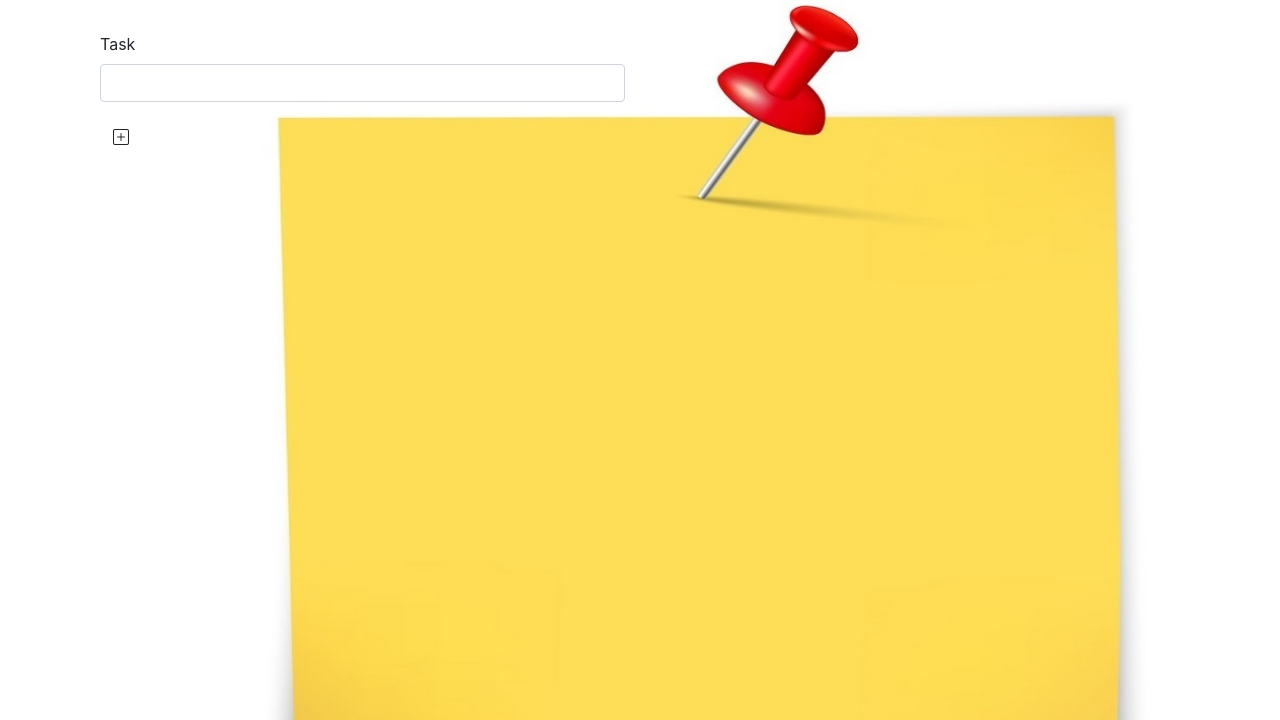
Repository: walaaElbasha/Todo-list-laravel
Page: http://localhost/tasks
The author's editor kept a copy of each file at every save. The page is drawn from the files as they stood at one save, then again after the next save.
The browser window is 1280 px wide. The pictures show the whole page.
The page is served by the project's Laravel application, run on PHP 8.4 with Laravel 8. Other server files are loaded and not shown. Style sheets and scripts are compiled from the project's sources, by tool versions that may differ from the author's. Queries for data that is not in the repository find no rows.

Above is the page before, as saved 2021-07-01 13:45:11.

### routes/web.php
<?php

use Illuminate\Support\Facades\Route;
use App\Http\Controllers\TaskController;
/*
|--------------------------------------------------------------------------
| Web Routes
|--------------------------------------------------------------------------
|
| Here is where you can register web routes for your application. These
| routes are loaded by the RouteServiceProvider within a group which
| contains the "web" middleware group. Now create something great!
|
*/

Route::get('/', function () {
    return view('welcome');
});

Route::get('/tasks', [TaskController::class, 'index'])->name('tasks.index');
Route::post('/tasks', [TaskController::class, 'store'])->name('tasks.store');
Route::get('/tasks/{task}/edit', [TaskController::class, 'edit'])->name('tasks.edit');
Route::put('/tasks/{task}', [TaskController::class, 'update'])->name('tasks.update');
Route::delete('/tasks/{task}', [TaskController::class, 'destroy'])->name('tasks.destroy');

### app/Http/Controllers/TaskController.php
<?php

namespace App\Http\Controllers;
use Illuminate\Http\Request;
use App\Http\Requests\TaskRequest;
use App\Models\Task;


class TaskController extends Controller

{

    public function index()
    {
        $allTasks = Task::paginate(5);

        return view('tasks.index', [
            'allTasks' => $allTasks
        ]);
    }

    public function edit($taskId)
    {
        $task = Task::find($taskId);
        return view('tasks.edit', [
            'task' => $task,
        ]);
    }
    public function update($taskId, TaskRequest $request)
    {


        // $requestData = $request->all();

        // $task = Task::find($taskId);
        // $task->update($requestData);
        // $task->save();

        $requestData = $request->all();
        $task = Task::find($taskId);
        $task->update($requestData);
        $task->save();
        return redirect()->route('tasks.index')->with('success', "TODO updated successfully!");
    }

    public function destroy($taskId)
    {

        $task = Task::findorfail($taskId);

        $task->delete();
        return redirect()->route('tasks.index');
    }



    public function store(TaskRequest $request)
    {

        // $requestData = $request->all();
        // Task::create($requestData);

        $task = new Task;
        $task->name = $request->name;
        $task->save();
        return redirect()->route('tasks.index');
    }

}

### resources/views/tasks/index.blade.php
@extends('layouts.app')

@section('content')

<!-- Bootstrap Boilerplate... -->
<div>

    <div class="container">
        <!-- Display Validation Errors -->
        <ul>
            @foreach($allTasks as $task)

            <li>
                <div class="row" style="display:flex;">
                    <div class="col-6">
                        {{ $task->name}}



                        <div class="col-6" stye="justify-content:flex-end float:right">

                            <a href="{{ route('tasks.edit',['task' => $task['id']]) }}" class="btn btn-secondary" style="margin-bottom: 20px;"><i class="bi bi-pencil-square"></i>


                            </a>

                            <form style="display:inline" method="POST" action="{{route('tasks.destroy',['task' => $task['id']])}}">
                                @csrf
                                @method('DELETE')
                                <button onclick="return confirm('Are you sure?')" class="btn btn-danger" type="submit" style="margin-bottom: 20px;"><i class="bi bi-trash-fill"></i></button>
                            </form>
                        </div>
                        <br>
            </li>
            @endforeach
        </ul>
        <!-- New Task Form -->
        <form action="{{ route('tasks.store') }}" method="POST" class="form-horizontal">
            @csrf

            <!-- Task Name -->
            <div class="form-group">
                <label for="task" class="col-sm-3 control-label">Task</label>

                @if($errors->any())
                <div class="alert alert-danger">
                    <ul>
                        @foreach ($errors->all() as $error)
                        <li>{{ $error }}</li>
                        @endforeach
                    </ul>
                </div>
                @endif
                <div class="col-sm-6">
                    <input type="text" name="name" id="name" class="form-control">
                </div>
            </div>
<div style="display:flex">

            <div class="form-group">
                <div class="col-sm-offset-3 col-sm-6">
                    <button type="submit" class="btn btn-default">
                        <i class="bi bi-plus-square"></i>
                    </button>
                </div>
            </div>
            </div>
        </form>
    </div>
</div>


<div class="text-center">
    {{$allTasks->links("pagination::bootstrap-4")}}

</div>
<!-- TODO: Current Tasks -->
@endsection

### resources/views/layouts/app.blade.php
<!DOCTYPE html>
<html lang="en">

<head>
    <meta charset="utf-8">
    <meta name="viewport" content="width=device-width, initial-scale=1">

    <!-- CSRF Token -->
    <meta name="csrf-token" content="{{ csrf_token() }}">

    <title>{{ config('app.name', 'All Tasks') }}</title>

    <!-- Scripts -->
    <script src="{{ asset('js/app.js') }}" defer></script>

    <!-- Fonts -->
    <link rel="dns-prefetch" href="//fonts.gstatic.com">
    <link href="https://fonts.googleapis.com/css?family=Nunito" rel="stylesheet">

    <!-- Styles -->
    <link href="{{ asset('css/app.css') }}" rel="stylesheet">
    <link rel="stylesheet" href="https://cdn.jsdelivr.net/npm/bootstrap@4.6.0/dist/css/bootstrap.min.css" integrity="sha384-B0vP5xmATw1+K9KRQjQERJvTumQW0nPEzvF6L/Z6nronJ3oUOFUFpCjEUQouq2+l" crossorigin="anonymous">
    <link rel="stylesheet" href="path/to/font-awesome/css/font-awesome.min.css">
    <link rel="stylesheet" href="https://cdn.jsdelivr.net/npm/bootstrap-icons@1.5.0/font/bootstrap-icons.css">
</head>


<body style="background-image: url('sticky.jpg')  ; background-repeat: no-repeat;
  background-size: 1400px 950px;">
    <div class="container">
        <nav class="navbar navbar-default">
            <!-- Navbar Contents -->
        </nav>
    </div>

    @yield('content')

</body>

</html>

Loaded but not shown: app/Http/Controllers/Controller.php (common file); app/Models/Task.php (common file); resources/sass/app.scss (common file); resources/sass/_variables.scss (common file)

After the next save:
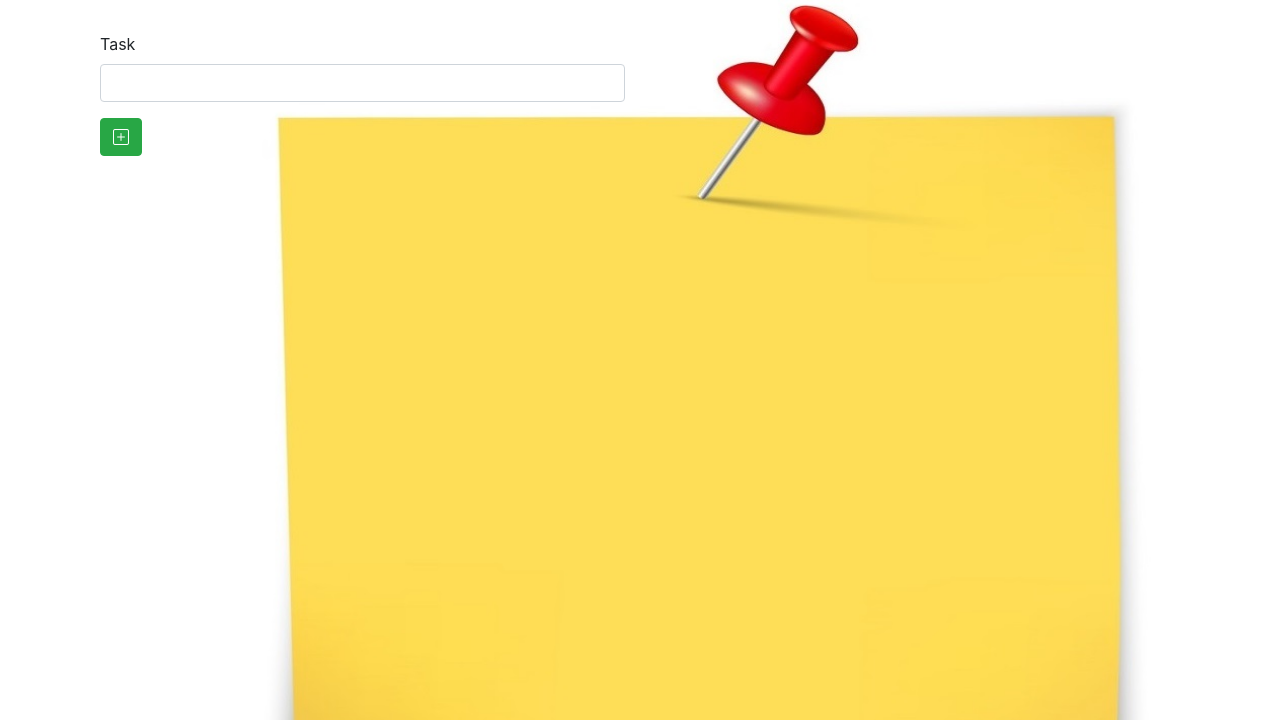
Saved 19 s later.
--- a/resources/views/tasks/index.blade.php
+++ b/resources/views/tasks/index.blade.php
@@ -59,7 +59,7 @@
 
             <div class="form-group">
                 <div class="col-sm-offset-3 col-sm-6">
-                    <button type="submit" class="btn btn-default">
+                    <button type="submit" class="btn btn-success" >
                         <i class="bi bi-plus-square"></i>
                     </button>
                 </div>
